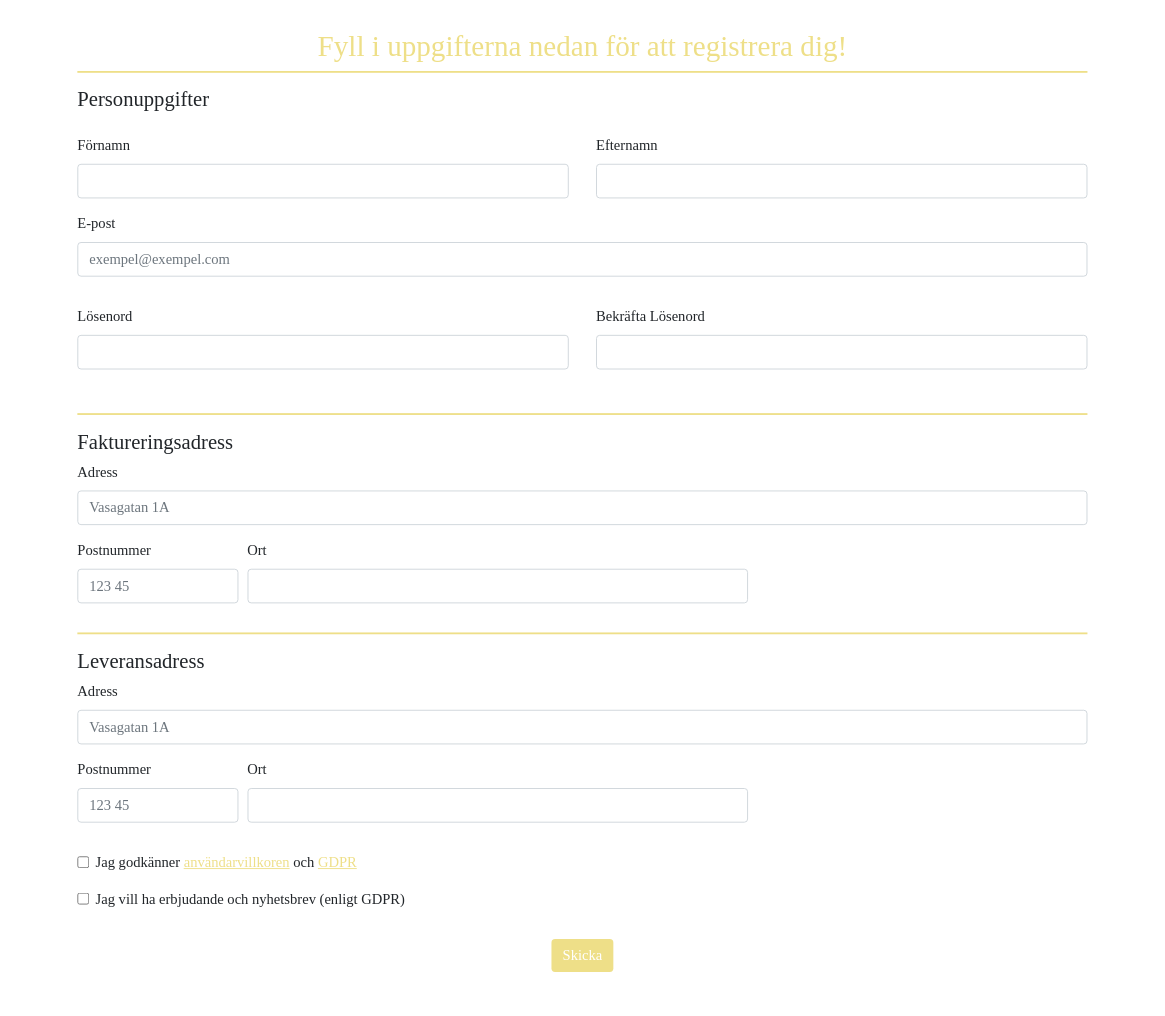
Repository: skepp4rn/Liamsuppgift3
Page: index.html
These files come from the project's save history. The page is drawn as it stood at one moment and after the next save; the edit follows.
The browser window is 1280 px wide. The pictures show the whole page, at 91% of full size.
Some web libraries are served in a nearby version.

Above is the page before, as saved 2020-12-06 13:07:35.
Console error (its wording comes from the project's code and is left out).

After the next save:
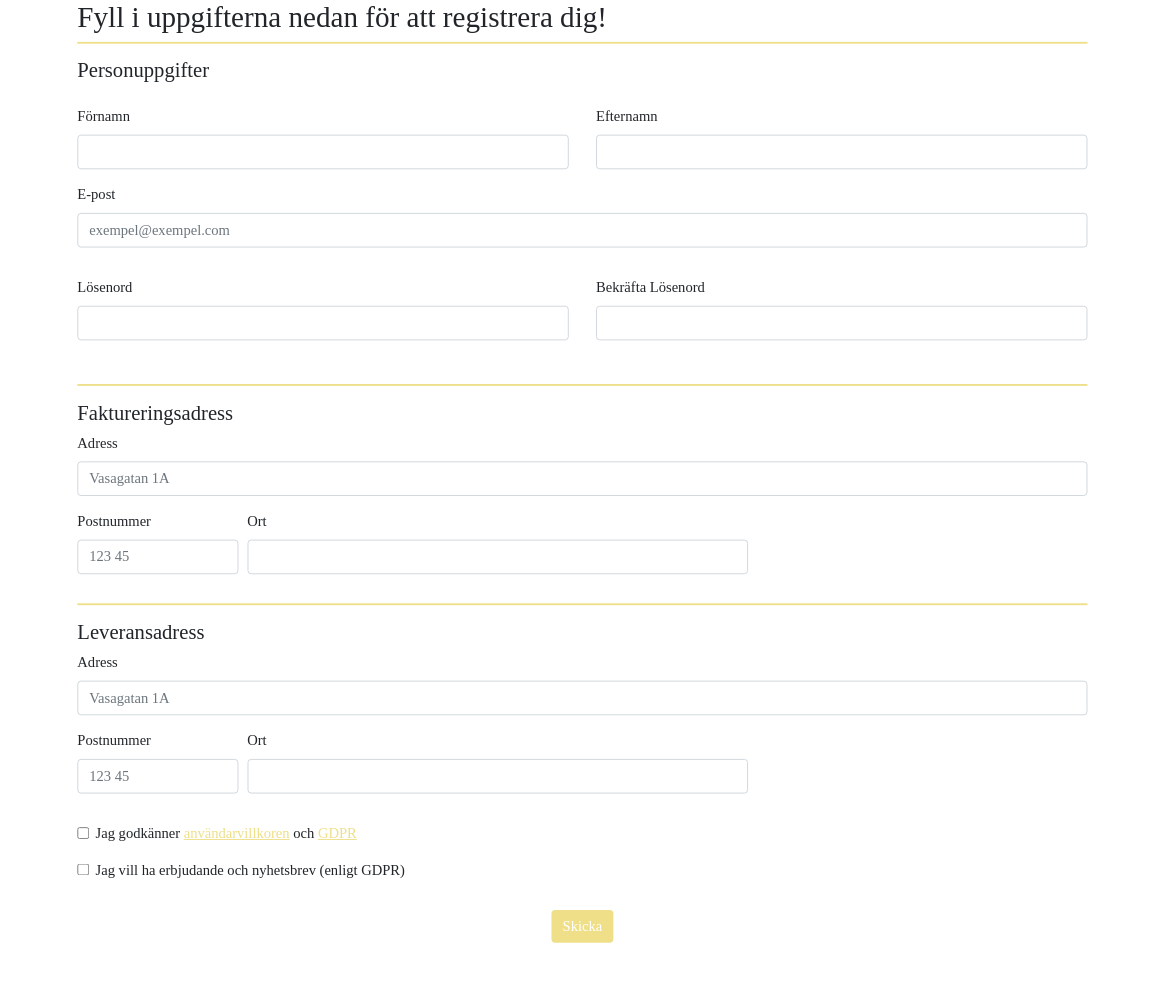
Saved 39 s later.
--- a/index.html
+++ b/index.html
@@ -12,7 +12,7 @@
 
 
     <section class="container">
-        <div class="welcome">
+        <div class="formReg1">
             <h2>Fyll i uppgifterna nedan för att registrera dig!</h2>
         </div>
     </section>
